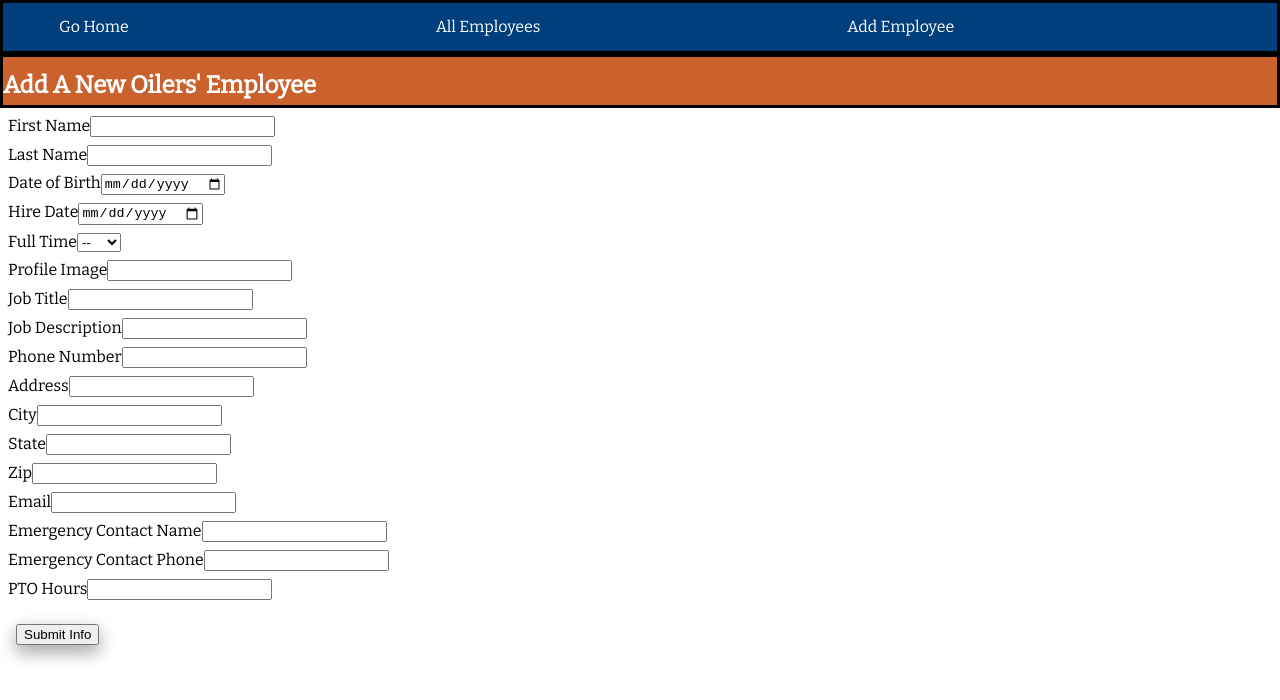
Repository: rh1456/employee-directory
Page: /2
An editor plug-in stored every save of this project. The page is shown before and after the next save, followed by the edit.
The browser window is 1280 px wide. The pictures show the whole page.
The project was rebuilt for these pictures with package versions that can differ from the ones it lists, and the page was loaded fresh each time. Also part of the build but not shown: src/pages/HomePage.jsx, src/pages/SingleEmployee.jsx, src/pages/AllEmployees.jsx.

Above is the page before, as saved 2019-12-08 19:15:27.

### public/index.html
<!DOCTYPE html>
<html lang="en">
  <head>
    <meta charset="utf-8" />
    <link rel="shortcut icon" href="%PUBLIC_URL%/favicon.ico" />
    <meta
      name="viewport"
      content="width=device-width, initial-scale=1, shrink-to-fit=no"
    />
    <meta name="theme-color" content="#000000" />
    <link
      href="https://fonts.googleapis.com/css?family=Bitter&display=swap"
      rel="stylesheet"
    />
    <!--
      manifest.json provides metadata used when your web app is added to the
      homescreen on Android. See https://developers.google.com/web/fundamentals/web-app-manifest/
    -->
    <link rel="manifest" href="%PUBLIC_URL%/manifest.json" />
    <!--
      Notice the use of %PUBLIC_URL% in the tags above.
      It will be replaced with the URL of the `public` folder during the build.
      Only files inside the `public` folder can be referenced from the HTML.

      Unlike "/favicon.ico" or "favicon.ico", "%PUBLIC_URL%/favicon.ico" will
      work correctly both with client-side routing and a non-root public URL.
      Learn how to configure a non-root public URL by running `npm run build`.
    -->
    <title>Employee Directory</title>
  </head>
  <body>
    <noscript>
      You need to enable JavaScript to run this app.
    </noscript>
    <div id="root"></div>
    <!--
      This HTML file is a template.
      If you open it directly in the browser, you will see an empty page.

      You can add webfonts, meta tags, or analytics to this file.
      The build step will place the bundled scripts into the <body> tag.

      To begin the development, run `npm start` or `yarn start`.
      To create a production bundle, use `npm run build` or `yarn build`.
    -->
  </body>
</html>

### src/index.css
:root {
  font: 16px / 1 'Bitter', serif;
}

html {
  height: 100%;
}

body {
  margin: 0;
  min-height: 100%;
}

ul {
  display: flex;
  flex-direction: row;
  justify-content: space-between;
  border: solid black;
  margin: 0;
  height: 3rem;
  background-color: #003e7c;
}
nav li {
  list-style: none;
  margin: 1rem;
  color: white;
}
.Nav-link {
  color: white;
  text-decoration: none;
}
.homepage-head {
  display: flex;
  margin: 2rem;
  justify-content: center;
  color: #e76222;
}

.homepage-main {
  display: flex;
  justify-content: center;
}

.oilers-logo {
  height: 20rem;
  width: auto;
}
.all-employees-main {
  display: flex;
  flex-direction: row;
  justify-content: space-between;
  flex-wrap: wrap;
}
.allEmployees {
  border: dotted #cb622e;
  margin: 2rem;
}

.employee-profile-image {
  height: 13rem;
}
.employeeLabel {
  margin: 0.5rem;
}
.employee-box-head {
  margin: 0;
  height: 2rem;
  color: white;
  background-color: #cb622e;
  font-style: italic;
}
.form-h2 {
  margin: 0;
  border: solid black;
  color: white;
  padding-top: 1rem;
  height: 2rem;
  background-color: #cb622e;
}

.employee-info-box {
  background-color: #6b9be8;
  margin: 0;
}
.submit-button {
  margin: 1rem;
  box-shadow: 0 8px 16px 0 rgba(0, 0, 0, 0.2), 0 6px 20px 0 rgba(0, 0, 0, 0.19);
}

### src/App.jsx
import React from 'react'
import { BrowserRouter as Router, Link, Route, Switch } from 'react-router-dom'
// import AllEmployees from './pages/AllEmployees'
import AddEmployee from './pages/AddEmployee'
import HomePage from './pages/HomePage'
import SingleEmployee from './pages/SingleEmployee'
import AllEmployees from './pages/AllEmployees'

const App = () => {
  return (
    <Router>
      <header>
        <nav>
          <ul>
            <li>
              <Link to="/" className="Nav-link">
                Go Home
              </Link>
            </li>
            <li>
              <Link to="/1" className="Nav-link">
                All Employees
              </Link>
            </li>
            <li>
              <Link to="/2" className="Nav-link">
                Add Employee
              </Link>
            </li>
            <li>{/* <Link to="/employee/:id">Si</Link> */}</li>
          </ul>
        </nav>
      </header>

      <Switch>
        <Route exact path="/" component={HomePage}></Route>
        <Route exact path="/1" component={AllEmployees}></Route>
        <Route exact path="/2" component={AddEmployee}></Route>
        <Route path="/employee/:id" component={SingleEmployee}></Route>
      </Switch>
    </Router>
  )
}

export default App

// <main className="all-employees">
// {employeeData.map((info, i) => {
//   return (
//     <div className="employee-info">
//       <div className="empolyee-sect" key={i}>
//         <div className="employee-data">
//           <img className="employee-pic" src={info.profileImage} />
//           <h2 className="employee-full-name">
//             {info.firstName} {info.lastName}
//           </h2>
//           <h3 className="job">{info.jobTitle}</h3>
//           <h3 className="full-time">
//             Full Time: {info.isFullTime ? 'Yes' : 'No'}
//           </h3>
//         </div>
//       </div>
//     </div>
//   )
// })}

### src/pages/AddEmployee.jsx
import React, { useState } from 'react'
import { Redirect } from 'react-router-dom'
import axios from 'axios'

const AddEmployee = () => {
  const [resetForm, setResetForm] = useState('')
  const [firstName, setFirstName] = useState('')
  const [lastName, setLastName] = useState('')
  const [birthday, setBirthday] = useState('')
  const [hireDate, setHireDate] = useState('')
  const [isFullTime, setIsFullTime] = useState('')
  const [profileImage, setProfileImage] = useState('')
  const [jobTitle, setJobTitle] = useState('')
  const [jobDescription, setJobDescription] = useState('')
  const [phoneNumber, setPhoneNumber] = useState('')
  const [address, setAdress] = useState('')
  const [city, setCity] = useState('')
  const [state, setState] = useState('')
  const [zip, setZip] = useState('')
  const [email, setEmail] = useState('')
  const [emergencyContactPerson, setEmergencyContactPerson] = useState('')
  const [emergencyContactPhone, setEmergencyContactPhone] = useState('')
  const [emergencyContactAddress, setEmergencyContactAddress] = useState('')
  const [ptoHours, setPtoHours] = useState('')

  const submitForm = async event => {
    event.preventDefault()
    const resp = await axios.post(
      'https://sdg-staff-directory-app.herokuapp.com/api/oilers/Employees',

      {
        firstName: firstName,
        lastName: lastName,
        birthday: birthday,
        hireDate: hireDate,
        isFullTime: isFullTime,
        profileImage: profileImage,
        jobTitle: jobTitle,
        jobDescription: jobDescription,
        phoneNumber: phoneNumber,
        address: address,
        city: city,
        state: state,
        zip: zip,
        email: email,
        emergencyContactPerson: emergencyContactPerson,
        emergencyContactPhone: emergencyContactPhone,
        emergencyContactAddress: setEmergencyContactAddress,
        ptoHours,
        ptoHours,
      }
    )
  }
  return (
    <>
      <main>
        <h2 className="form-h2"> Add A New Oilers' Employee</h2>
        <form onSubmit={submitForm}>
          <section>
            <section className="employeeLabel">
              <label htmlFor="firstName">First Name</label>
              <input
                onChange={e => {
                  setFirstName(e.target.value)
                }}
                value={firstName}
                type="text"
              />
            </section>
            <section className="employeeLabel">
              <label htmlFor="lastName">Last Name</label>
              <input
                onChange={e => {
                  setLastName(e.target.value)
                }}
                value={lastName}
                type="text"
              />
            </section>
            <section className="employeeLabel">
              <label htmlFor="birthday">Date of Birth</label>
              <input
                className="dateData"
                onChange={e => {
                  setBirthday(e.target.value)
                }}
                type="date"
                value={birthday}
              />
            </section>
            <section className="employeeLabel">
              <label htmlFor="hireDate">Hire Date</label>
              <input
                className="dateData"
                onChange={e => {
                  setHireDate(e.target.value)
                }}
                type="date"
                value={hireDate}
              />
            </section>
            <section className="employeeLabel">
              <label htmlFor="fullTime">Full Time</label>
              <select
                onChange={e => {
                  setIsFullTime(e.target.value)
                }}
                type="text"
                value={isFullTime}
              >
                <option value="">--</option>
                <option value="true">Yes</option>
                <option value="false">No</option>
              </select>
            </section>
            <section className="employeeLabel">
              <label htmlFor="profileImage">Profile Image</label>
              <input
                onChange={e => {
                  setProfileImage(e.target.value)
                }}
                type="url"
                value={profileImage}
              />
            </section>
            <section className="employeeLabel">
              <label htmlFor="jobTitle">Job Title</label>
              <input
                onChange={e => {
                  setJobTitle(e.target.value)
                }}
                type="text"
                value={jobTitle}
              />
            </section>
            <section className="employeeLabel">
              <label htmlFor="jobDescription">Job Description</label>
              <input
                onChange={e => {
                  setJobDescription(e.target.value)
                }}
                type="text"
                value={jobDescription}
              />
            </section>
            <section className="employeeLabel">
              <label htmlFor="phone">Phone Number</label>
              <input
                onChange={e => {
                  setPhoneNumber(e.target.value)
                }}
                type="text"
                value={phoneNumber}
              />
            </section>
            <section className="employeeLabel">
              <label htmlFor="address">Address</label>
              <input
                onChange={e => {
                  setAdress(e.target.value)
                }}
                type="text"
                value={address}
              />
            </section>
            <section className="employeeLabel">
              <label htmlFor="city">City</label>
              <input
                onChange={e => {
                  setCity(e.target.value)
                }}
                type="text"
                value={city}
              />
            </section>
            <section className="employeeLabel">
              <label htmlFor="state">State</label>
              <input
                onChange={e => {
                  setState(e.target.value)
                }}
                type="text"
                value={state}
              />
            </section>
            <section className="employeeLabel">
              <label htmlFor="zip">Zip</label>
              <input
                onChange={e => {
                  setZip(e.target.value)
                }}
                type="text"
                value={zip}
              />
            </section>
            <section className="employeeLabel">
              <label htmlfor="email">Email</label>
              <input
                onChange={e => {
                  setEmail(e.target.value)
                }}
                type="text"
                value={email}
              />
            </section>
            <section className="employeeLabel">
              <label htmlFor="emergencyContactName">
                Emergency Contact Name
              </label>
              <input
                onChange={e => {
                  setEmergencyContactPerson(e.target.value)
                }}
                type="text"
                value={setEmergencyContactPerson}
              />
            </section>
            <section className="employeeLabel">
              <label htmlFor="emergencyContactPhone">
                {' '}
                Emergency Contact Phone
              </label>
              <input
                onChange={e => {
                  setEmergencyContactPhone.apply(e.target.value)
                }}
                type="text"
                value={emergencyContactPhone}
              />
            </section>
            <section className="employeeLabel">
              <label htmlFor="pto">PTO Hours</label>
              <input
                onChange={e => {
                  setPtoHours(e.target.value)
                }}
                type="text"
                value={ptoHours}
              />
            </section>
            <section className="sumbit">
              <button className="submit-button">Submit Info</button>
            </section>
          </section>
        </form>
      </main>
    </>
  )
}

export default AddEmployee

Loaded but not shown: src/index.js (common file)

After the next save:
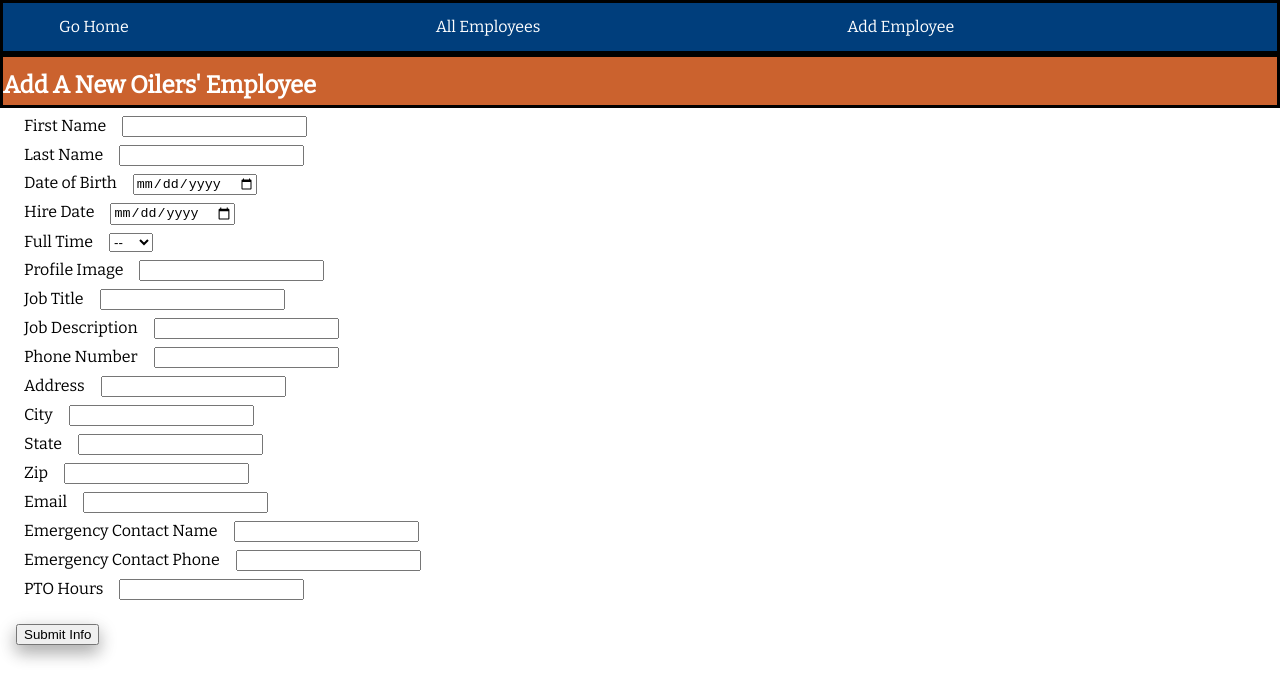
Saved 29 s later.
--- a/src/index.css
+++ b/src/index.css
@@ -86,3 +86,6 @@
   margin: 1rem;
   box-shadow: 0 8px 16px 0 rgba(0, 0, 0, 0.2), 0 6px 20px 0 rgba(0, 0, 0, 0.19);
 }
+label {
+  padding: 1rem;
+}
